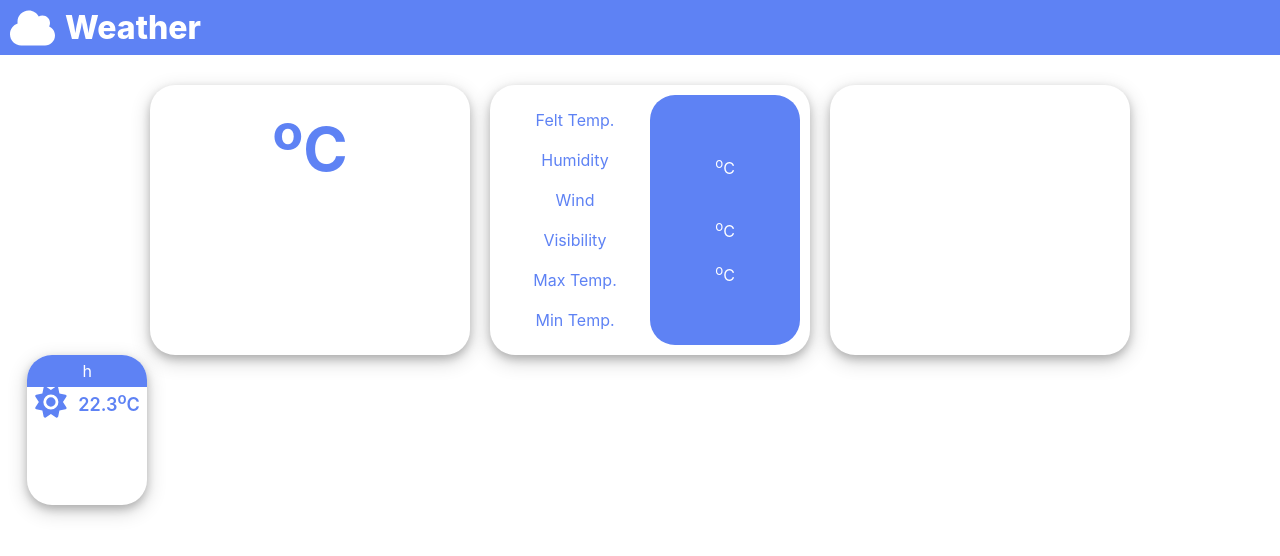
Repository: ahmedazawi/weather-app
Page: /
An editor plug-in stored every save of this project. The page is shown before and after the next save, followed by the edit.
The browser window is 1280 px wide. The pictures show the whole page.
The project was rebuilt for these pictures with package versions that can differ from the ones it lists, and the page was loaded fresh each time. Also part of the build but not shown: src/components/Map.js.

Above is the page before, as saved 2022-11-30 15:43:50.

### src/App.js
import React, { useState, useEffect } from "react";
import "./App.css";
import Header from "./layout/Header";
import Details from "./components/Details";

import Store from "./assets/data/Store";
function App() {
  return (
    <div className="App">
      <Header />
      <Store>
        <Details />
      </Store>
    </div>
  );
}

export default App;

### src/App.css
body {
  --primaryColor: #5e82f4;
  --secondaryColor: #ffffff;
  --borderRadius: 25px;
}

.nav {
  display: flex;
  align-items: center;
  height: 55px;
  background-color: var(--primaryColor);
}

### src/layout/Header.js
import React from "react";
import { FontAwesomeIcon } from "@fortawesome/react-fontawesome";
import { faCloud } from "@fortawesome/free-solid-svg-icons";
const Header = () => {
  return (
    <div className="nav">
      <div>
        <FontAwesomeIcon
          className="f-icon"
          icon={faCloud}
          color="White"
          style={{ marginLeft: "10px", fontSize: "40px" }}
        />
      </div>

      <h1 style={{ color: "white", marginLeft: "10px", fontWeight: "800" }}>
        Weather
      </h1>
    </div>
  );
};

export default Header;

### src/components/Details.js
import React, { useContext, useEffect } from "react";
import "../assets/css/details.css";
import { ContextApi } from "../assets/data/ContextApi";
import SevenDaysCards from "./SevenDaysCards";
import Map from "./Map";

const Details = () => {
  // const { weather, Loading } = useContext(ContextApi);
  // const [weatherValue, setWeatherValue] = weather;
  // const [LoadingValue, setLoadingValue] = Loading;

  // useEffect(() => {
  // console.log(weatherValue);
  // console.log(LoadingValue);
  // console.log(LocatedValue);
  // console.log(weatherValue.weather[0].main);
  // }, [weatherValue]);

  // if (LoadingValue) {
  //   return <div className="main">Loading...</div>;
  // }

  return (
    <div className="main">
      <div className="big-cards">
        <div>
          {/* <div>{weatherValue.location.city}</div> */}
          <div
            style={{
              fontSize: "60px",
            }}
          >
            {/* {weatherValue.current_observation.condition.temperature} */}
            <sup>o</sup>C
          </div>
          {/* <div>{weatherValue.current_observation.condition.text}</div> */}
        </div>
        <div>
          <div className="line-a">
            <span>Felt Temp.</span>
            <span>Humidity</span>
            <span>Wind</span>
            <span>Visibility</span>
            <span>Max Temp.</span>
            <span>Min Temp.</span>
          </div>
          <div className="line-b">
            <span>
              {/* {weatherValue.current_observation.condition.temperature - 0.7} */}
              <sup>o</sup>C
            </span>
            {/* <span>{weatherValue.current_observation.atmosphere.humidity}%</span> */}
            {/* <span> {weatherValue.current_observation.wind.speed} Km/h</span> */}
            <span>
              {/* {weatherValue.current_observation.atmosphere.visibility} Km */}
            </span>
            <span>
              {/* {weatherValue.forecasts[0].high} */}
              <sup>o</sup>C
            </span>
            <span>
              {/* {weatherValue.forecasts[0].low} */}
              <sup>o</sup>C
            </span>
          </div>
        </div>
        <div>{/* <Map city={weatherValue.location.city} /> */}</div>
      </div>

      <SevenDaysCards />
    </div>
  );
};

export default Details;

### src/assets/data/Store.js
import React, { useState, useEffect } from "react";
import { ContextApi } from "./ContextApi";
import { weatherAppAPI } from "./Api";
import axios from "axios";
function Store({ children }) {
  const [weather, setWeather] = useState([]);
  const [Loading, setLoading] = useState(true);
  const [lat, setLat] = useState();
  const [long, setLong] = useState();
  const [located, setLocated] = useState(false);
  const geolocationAPI = navigator.geolocation;
  const getUserCoordinates = () => {
    if (!geolocationAPI) {
      console.log("Geolocation API is not available in your browser!");
    } else {
      geolocationAPI.getCurrentPosition(
        (position) => {
          const { coords } = position;
          setLat(coords.latitude);
          setLong(coords.longitude);
          setLocated(true);
        },
        (error) => {
          console.log("Something went wrong getting your position!");
        }
      );
    }
  };

  useEffect(() => {
    // getUserCoordinates();
    if (located) {
      const options = {
        method: "GET",
        url: weatherAppAPI,
        params: { lat: lat, long: long, format: "json", u: "c" },
        headers: {
          "X-RapidAPI-Key":
            "863b7c6b72msh78facda9cbf0e03p10660djsn19089c27c69a",
          "X-RapidAPI-Host": "yahoo-weather5.p.rapidapi.com",
        },
      };

      axios
        .request(options)
        .then(function (response) {
          setWeather(response.data);
          setLoading(false);
          console.log(response.data);
        })
        .catch(function (error) {
          console.error(error);
        });
    }
  }, [located]);

  return (
    <ContextApi.Provider
      value={{
        weather: [weather, setWeather],
        Loading: [Loading, setLoading],
      }}
    >
      {children}
    </ContextApi.Provider>
  );
}
export default Store;

### src/assets/css/details.css
.main {
  width: 100%;
  display: flex;
  flex-direction: column;
  justify-content: space-between;
}

.big-cards {
  width: 100%;
  min-height: fit-content;
  display: flex;
  flex-direction: row;
  flex-wrap: wrap;
  gap: 20px;
  align-items: center;
  justify-content: center;
  margin-top: 30px;
  color: var(--primaryColor);
}
.big-cards > div {
  width: 300px;
  height: 250px;
  background-color: var(--secondaryColor);
  padding: 10px;
  border-radius: var(--borderRadius);
  box-shadow: 0 4px 8px 0 rgba(0, 0, 0, 0.2), 0 6px 20px 0 rgba(0, 0, 0, 0.19);
}
.big-cards > div:first-child {
  display: flex;
  flex-direction: column;
  align-items: center;
  justify-content: space-between;
}
.big-cards > div:first-child > div {
  font-size: 30px;
  font-weight: bold;
  margin: 7px 0;
}
.big-cards > div:nth-child(2) {
  display: flex;
  flex-direction: row;
  justify-content: space-between;
}
.big-cards > div:nth-child(2) > div {
  display: flex;
  flex-direction: column;
  align-items: center;
  justify-content: center;
  width: 50%;
}
.big-cards > div:nth-child(2) > div > span {
  margin: 10px 0;
}

.line-b {
  color: var(--secondaryColor);
  background-color: var(--primaryColor);
  border-radius: var(--borderRadius);
}

.big-cards > div:nth-child(3) {
  height: 270px;
  max-width: 340px;
  padding: 0;
  display: flex;
  align-items: center;
  justify-content: center;
  overflow: hidden;
}
.map {
  border: none;
}

### src/assets/data/ContextApi.js
import { createContext } from "react";
export const ContextApi = createContext();

### src/components/SevenDaysCards.js
import React from "react";
import "../assets/css/SevenDaysCards.css";
import { FontAwesomeIcon } from "@fortawesome/react-fontawesome";
import { faSun } from "@fortawesome/free-solid-svg-icons";
const SevenDaysCards = () => {
  return (
    <div className="small-cards">
      <div>
        <div className="sm-cards-header">h</div>
        <div className="sm-cards-body">
          <div className="sm-cards-temp-max">
            <FontAwesomeIcon
              className="sun-icon"
              icon={faSun}
              style={{ fontSize: "30px" }}
            />
            <div>
              22.3<sup>o</sup>C
            </div>
          </div>

          <div className="sm-cards-temp-min"></div>
        </div>
      </div>
    </div>
  );
};

export default SevenDaysCards;
<FontAwesomeIcon
  className="f-icon"
  icon={faSun}
  color="black"
  style={{ marginLeft: "10px", fontSize: "40px" }}
/>;

### src/assets/data/Api.js
export const weatherAppAPI = "https://fcc-weather-api.glitch.me/api/current";

export const googleMapAPI = "AIzaSyAq15HbfCRMW7RqNb5LUNyOLyfzpYI0wl4";

//https://pokeapi.co/api/v2/pokemon/4

//https://fcc-weather-api.glitch.me/api/current?lat=462&lon=41

//https://api.open-meteo.com/v1/forecast?latitude=${lat}&longitude=${long}&daily=temperature_2m_max,temperature_2m_min,rain_sum,windspeed_10m_max,windgusts_10m_max&timezone=auto

//https://yahoo-weather5.p.rapidapi.com/weather

### src/assets/css/SevenDaysCards.css
.small-cards {
  display: grid;
  grid-template-columns: repeat(7, 1fr);
  gap: 10px;
  justify-items: center;
  width: 100%;
}
.small-cards > div {
  display: flex;
  flex-direction: column;
  width: 120px;
  height: 150px;
  overflow: hidden;
  background-color: var(--secondaryColor);
  border-radius: var(--borderRadius);
  box-shadow: 0 4px 8px 0 rgba(0, 0, 0, 0.2), 0 6px 20px 0 rgba(0, 0, 0, 0.19);
}
.small-cards > div > .sm-cards-header {
  width: 100%;
  height: 40px;
  background-color: var(--primaryColor);
  display: flex;
  align-items: center;
  justify-content: center;
  color: var(--secondaryColor);
}
.sm-cards-body {
  display: flex;
  flex-direction: column;
  align-items: center;
  height: 100%;
}
.sm-cards-body > div {
  display: flex;
  flex-direction: row;
  align-items: center;
  justify-content: center;
  width: 100%;
  gap: 10px;
  color: var(--primaryColor);
}

.sm-cards-body > div > div {
  font-size: large;
  font-weight: 600;
}

Loaded but not shown: public/index.html (common file); src/index.js (common file); src/index.css (common file)

After the next save:
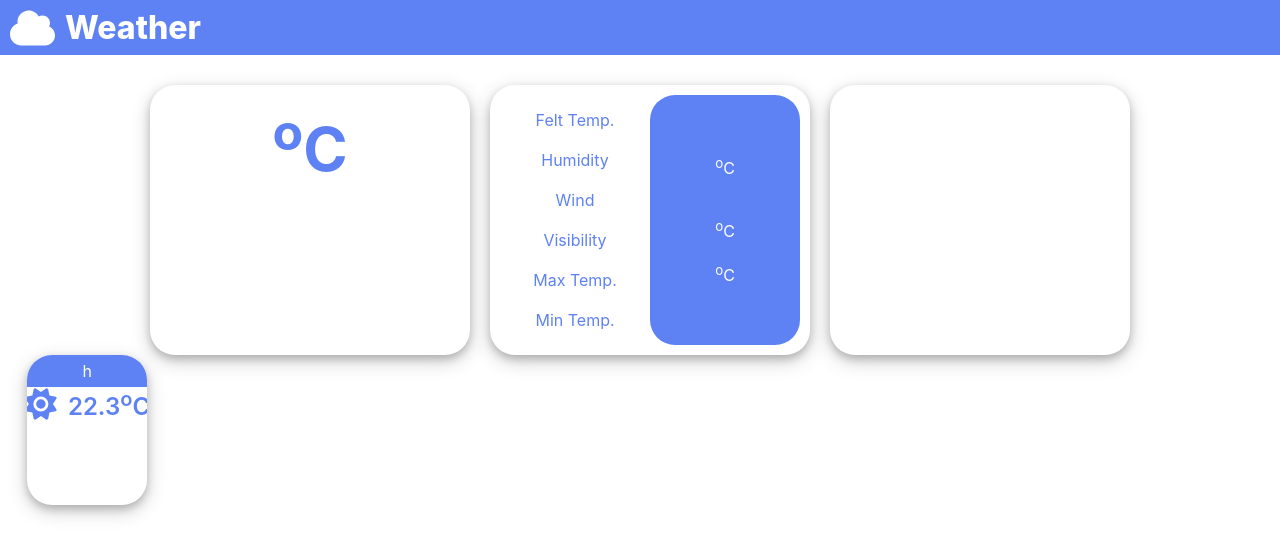
Saved 12 s later.
--- a/src/assets/css/SevenDaysCards.css
+++ b/src/assets/css/SevenDaysCards.css
@@ -41,6 +41,6 @@
 }
 
 .sm-cards-body > div > div {
-  font-size: large;
+  font-size: x-large;
   font-weight: 600;
 }
